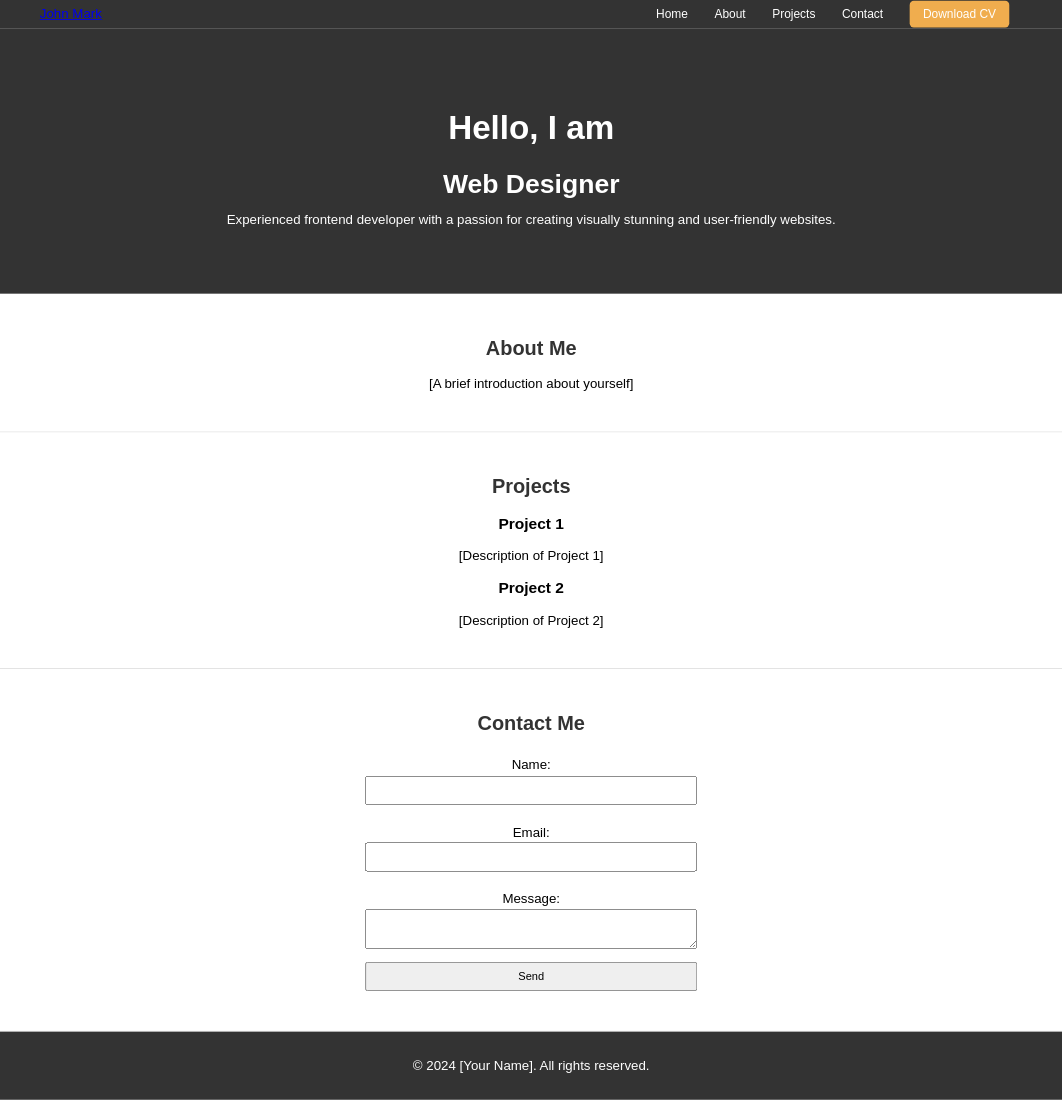
Repository: 4Kbrain/Portofolio
Page: index.html
These files come from the project's save history. The page is drawn as it stood at one moment and after the next save; the edit follows.
The browser window is 1280 px wide. The pictures show the whole page, at 83% of full size.

Above is the page before, as saved 2024-05-15 07:55:45.

### index.html
<!DOCTYPE html>
<html lang="en">
<head>
    <meta charset="UTF-8">
    <meta name="viewport" content="width=device-width, initial-scale=1.0">
    <title>My Portfolio</title>
    <link rel="stylesheet" href="styles.css">
</head>
<body>
    <header>
        <nav>
            <div class="logo">
                <a href="#home">John Mark</a>
            </div>
            <ul>
                <li><a href="#home">Home</a></li>
                <li><a href="#about">About</a></li>
                <li><a href="#projects">Projects</a></li>
                <li><a href="#contact">Contact</a></li>
                <li><a href="#download-cv" class="download-cv">Download CV</a></li>
            </ul>
        </nav>
    </header>

    <section id="home">
        <h1>Hello, I am</h1>
        <h2>Web Designer</h2>
        <p>Experienced frontend developer with a passion for creating visually stunning and user-friendly websites.</p>
    </section>

    <section id="about">
        <h2>About Me</h2>
        <p>[A brief introduction about yourself]</p>
    </section>

    <section id="projects">
        <h2>Projects</h2>
        <div class="project">
            <h3>Project 1</h3>
            <p>[Description of Project 1]</p>
        </div>
        <div class="project">
            <h3>Project 2</h3>
            <p>[Description of Project 2]</p>
        </div>
        <!-- Add more projects as needed -->
    </section>

    <section id="contact">
        <h2>Contact Me</h2>
        <form id="contact-form">
            <label for="name">Name:</label>
            <input type="text" id="name" name="name" required>

            <label for="email">Email:</label>
            <input type="email" id="email" name="email" required>

            <label for="message">Message:</label>
            <textarea id="message" name="message" required></textarea>

            <button type="submit">Send</button>
        </form>
    </section>

    <footer>
        <p>&copy; 2024 [Your Name]. All rights reserved.</p>
    </footer>
</body>
</html>

### styles.css
body {
    font-family: Arial, sans-serif;
    margin: 0;
    padding: 0;
    box-sizing: border-box;
}

header {
    background-color: #333;
    color: white;
    padding: 0.5rem 1rem;
}

nav {
    display: flex;
    justify-content: space-between;
    align-items: center;
    padding: 0 2rem;
}

nav .logo img {
    height: 40px; /* Adjust the height of the logo as needed */
}

nav ul {
    list-style: none;
    padding: 0;
    margin: 0;
    display: flex;
    align-items: center;
}

nav ul li {
    margin: 0 1rem;
}

nav ul li a {
    color: white;
    text-decoration: none;
    font-size: 0.9rem; /* Smaller font size for navbar items */
}

nav ul li a.download-cv {
    background-color: #f0ad4e;
    padding: 0.5rem 1rem;
    border-radius: 5px;
    color: white;
}

section {
    padding: 2rem;
    text-align: center;
}

#home {
    background: #333; /* Same background color as the navbar */
    color: white; /* Ensure text is readable on dark background */
    padding: 4rem 2rem;
}

#home h1 {
    font-size: 2.5rem;
    margin-bottom: 0.5rem;
}

#home h2 {
    font-size: 2rem;
    margin-bottom: 1rem;
}

#about, #projects, #contact {
    background: #fff;
    border-bottom: 1px solid #ddd;
}

#about h2, #projects h2, #contact h2 {
    color: #333;
}

.project {
    margin: 1rem 0;
}

form {
    display: flex;
    flex-direction: column;
    max-width: 400px;
    margin: 0 auto;
}

form label {
    margin: 0.5rem 0 0.2rem;
}

form input, form textarea, form button {
    padding: 0.5rem;
    margin-bottom: 1rem;
}

footer {
    background-color: #333;
    color: white;
    text-align: center;
    padding: 1rem 0;
}

After the next save:
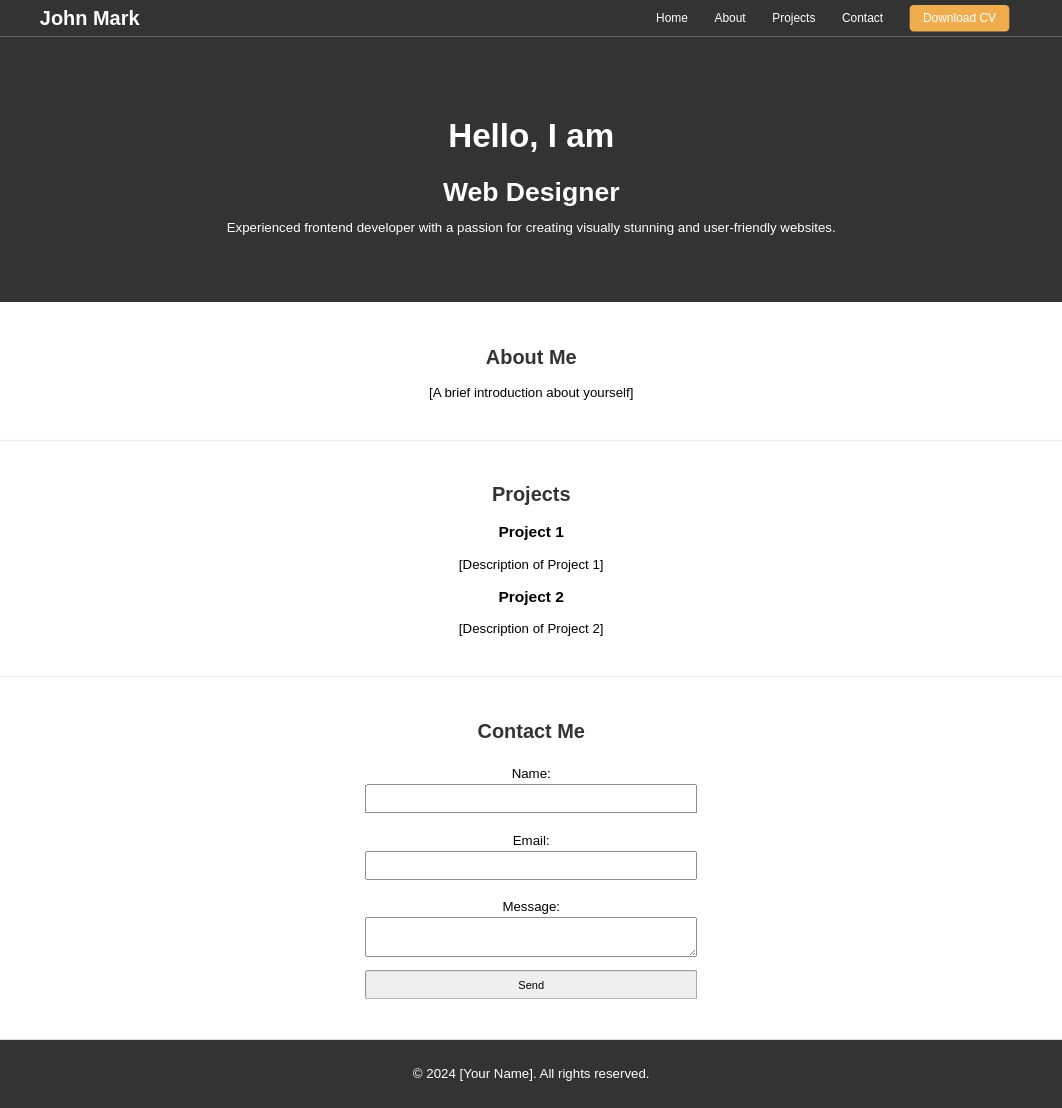
Saved 7 s later.
--- a/styles.css
+++ b/styles.css
@@ -18,8 +18,11 @@ nav {
     padding: 0 2rem;
 }
 
-nav .logo img {
-    height: 40px; /* Adjust the height of the logo as needed */
+nav .logo a {
+    color: white;
+    font-size: 1.5rem;
+    font-weight: bold;
+    text-decoration: none;
 }
 
 nav ul {
